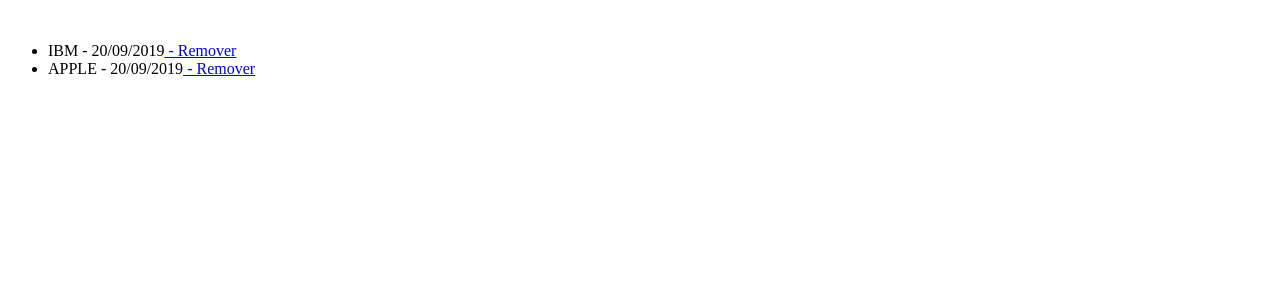
Repository: KaiqueSantos98/alurapic
Page: http://localhost/gerenciador/listaEmpresas
The author's editor kept a copy of each file at every save. The page is drawn from the files as they stood at one save, then again after the next save.
The browser window is 1280 px wide. The pictures show the whole page.
The page is served by Tomcat 9.

Above is the page before, as saved 2019-09-22 02:20:30.

After the next save:
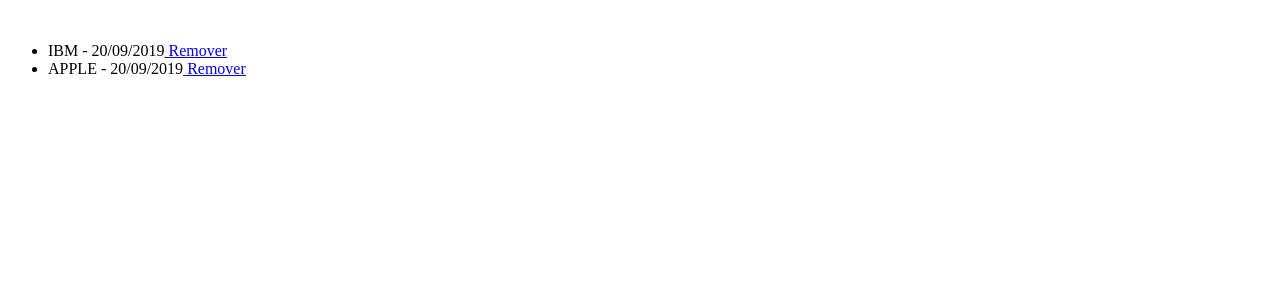
Saved 15 s later.
--- a/project/servlet/gerenciador/WebContent/listaEmpresa.jsp
+++ b/project/servlet/gerenciador/WebContent/listaEmpresa.jsp
@@ -16,7 +16,7 @@
     <br>
    <ul>
 		<c:forEach items="${listaEmpresa}" var="empresa">
-			<li>${empresa.nomeEmpresa } - <fmt:formatDate pattern="dd/MM/yyyy" value="${empresa.dataAbertura }"/><a href="/gerenciador/removerEmpresa?id=${empresa.id}}"> - Remover</a></li>
+			<li>${empresa.nomeEmpresa } - <fmt:formatDate pattern="dd/MM/yyyy" value="${empresa.dataAbertura }"/><a href="/gerenciador/removerEmpresa?id=${empresa.id}}"> Remover</a></li>
 
 		</c:forEach>
 	</ul>
